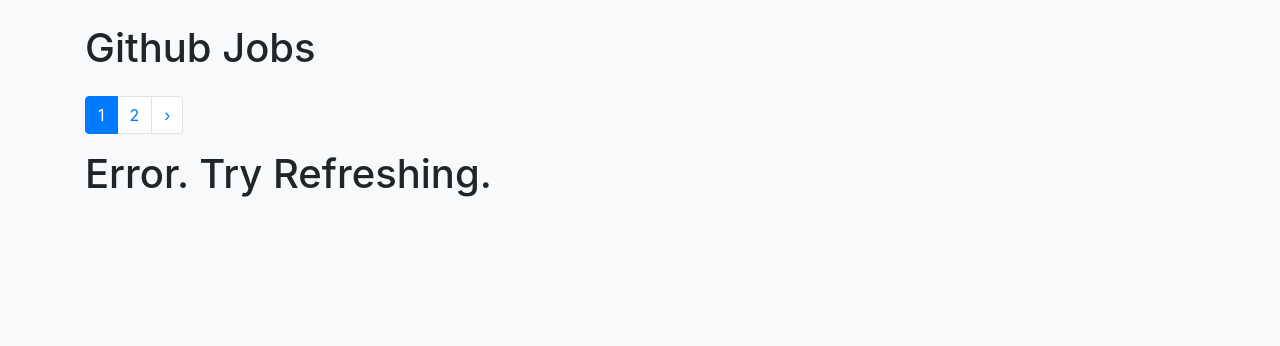
Repository: Nakamurus/github_jobs_react_hooks_typescript
Page: /
An editor plug-in stored every save of this project. The page is shown before and after the next save, followed by the edit.
The browser window is 1280 px wide. The pictures show the whole page.
The page's requests for data from a server got no answer. The project was rebuilt for these pictures with package versions that can differ from the ones it lists, and the page was loaded fresh each time. No one was signed in, and anything a server would have sent is missing. Also part of the build but not shown: src/Job.tsx.

Above is the page before, as saved 2021-02-07 15:10:35.

### public/index.html
<!DOCTYPE html>
<html lang="en">
  <head>
    <meta charset="utf-8" />
    <link rel="icon" href="%PUBLIC_URL%/favicon.ico" />
    <meta name="viewport" content="width=device-width, initial-scale=1" />
    <meta name="theme-color" content="#000000" />
    <meta
      name="description"
      content="Web site created using create-react-app"
    />
    <link rel="apple-touch-icon" href="%PUBLIC_URL%/logo192.png" />
    <!--
      manifest.json provides metadata used when your web app is installed on a
      user's mobile device or desktop. See https://developers.google.com/web/fundamentals/web-app-manifest/
    -->
    <link rel="manifest" href="%PUBLIC_URL%/manifest.json" />
    <!--
      Notice the use of %PUBLIC_URL% in the tags above.
      It will be replaced with the URL of the `public` folder during the build.
      Only files inside the `public` folder can be referenced from the HTML.

      Unlike "/favicon.ico" or "favicon.ico", "%PUBLIC_URL%/favicon.ico" will
      work correctly both with client-side routing and a non-root public URL.
      Learn how to configure a non-root public URL by running `npm run build`.
    -->
    <link
      rel="stylesheet"
      href="https://maxcdn.bootstrapcdn.com/bootstrap/4.5.0/css/bootstrap.min.css"
      integrity="sha384-9aIt2nRpC12Uk9gS9baDl411NQApFmC26EwAOH8WgZl5MYYxFfc+NcPb1dKGj7Sk"
      crossorigin="anonymous"
    />
    <title>React App</title>
  </head>
  <body class="bg-light">
    <noscript>You need to enable JavaScript to run this app.</noscript>
    <div id="root"></div>
    <!--
      This HTML file is a template.
      If you open it directly in the browser, you will see an empty page.

      You can add webfonts, meta tags, or analytics to this file.
      The build step will place the bundled scripts into the <body> tag.

      To begin the development, run `npm start` or `yarn start`.
      To create a production bundle, use `npm run build` or `yarn build`.
    -->
  </body>
</html>

### src/App.tsx
import React, { useState } from 'react';
import useFetchJobs from './useFetchJobs';
import { Container } from 'react-bootstrap'
import Job from './Job'
import JobsPagination from './JobsPagination';
import SearchForm from './SearchForm';

function App() {
  const [params, setParams] = useState({})
  const [page, setPage] = useState(1)
  const {jobs, loading, error} = useFetchJobs(params, page)

  const handlePramChange = (e: React.ChangeEvent<HTMLInputElement>) => {
    const param = e.target.name
    const value = e.target.value
    setPage(1)
    setParams(prevParams => {
      return { ...prevParams, [param]: value}
    })
  }

  return (
    <Container className="my-4">
      <h1 className="mb-4">Github Jobs</h1>
      <SearchForm params={params} onParamChange={handlePramChange} />
      <JobsPagination page={page} setPage={setPage}/>
      {loading && <h1>Loading...</h1>}
      {error && <h1>Error. Try Refreshing.</h1>}
      {jobs.map(job => {
          return <Job key={job.id} job ={job}/>
        })}
    </Container>
  )
}

export default App;

### src/useFetchJobs.tsx
import {useReducer, useEffect } from 'react'
import axios from 'axios';

interface JobsState {
    jobs: any[],
    loading: boolean,
    error: boolean
}

interface Action {
    type: ActionType,
    payload: JobsState,
}

enum ActionType {
    MAKE_REQUEST =  'make-request',
    GET_DATA = 'get-data',
    ERROR = 'error'
}

const BASE_URL = 'https://cors-anywhere.herokuapp.com/https://jobs.github.com/positions.json'

const reducer: React.Reducer<JobsState, Action> = (state: JobsState, action: Action) => {
    switch (action.type) {
        case ActionType.MAKE_REQUEST:
            return { ...state, loading: true, jobs: [] }
        case ActionType.GET_DATA:
            return { ...state, loading: false, jobs: action.payload.jobs }
        case ActionType.ERROR:
            return { ...state, loading: false, error: action.payload.error, jobs: [] }
        default:
            return state
    }
}

export default function useFetchJobs(params: any, page: number) {
    const [state, dispatch] = useReducer(reducer, { jobs: [], loading: true, error: false})

    useEffect(() => {
        const cancelToken = axios.CancelToken.source()
        dispatch({ type: ActionType.MAKE_REQUEST, payload: { ...state } })
        axios.get(BASE_URL, {
            cancelToken: cancelToken.token,
            params: { markdown: true, page: page, ...params }
        }).then(res => {
            dispatch({ type: ActionType.GET_DATA, payload: { ...state, jobs: res.data }})
        }).catch(e => {
            if (axios.isCancel(e)) return
            dispatch({ type: ActionType.ERROR, payload: { ...state, error: e}})
        })

        return () => {
            cancelToken.cancel()
        }
    }, [params, page])
    console.log(state)
    return state
}

### src/JobsPagination.tsx
import React from 'react'
import { Pagination } from 'react-bootstrap'

export default function JobsPagination({ page, setPage }: any) {
    function adjustPage(amount:number) {
        setPage((prevPage: number) => prevPage + amount)
    }
    return (
        <Pagination>
            { page > 2 && <Pagination.Prev onClick={() => adjustPage(-1)}/>}
            { page !== 1 && <Pagination.Item  onClick={() => setPage(1)}>1</Pagination.Item>}
            { page > 2 && < Pagination.Ellipsis  />}
            { page !== 1 && <Pagination.Item  onClick={() => adjustPage(-1)}> { page - 1}</Pagination.Item>}
            <Pagination.Item active> { page }</Pagination.Item>
            <Pagination.Item  onClick={() => adjustPage(1)}> { page + 1}</Pagination.Item>
            <Pagination.Next  onClick={() => adjustPage(1)} />
        </Pagination>
    )
}

### src/SearchForm.tsx
import React from 'react'

export default function SearchForm({ parans, onParamChange}: any) {
    return (
        <div>

        </div>
    )
}

Loaded but not shown: src/index.tsx (common file); src/index.css (common file); src/reportWebVitals.ts (common file)

After the next save:
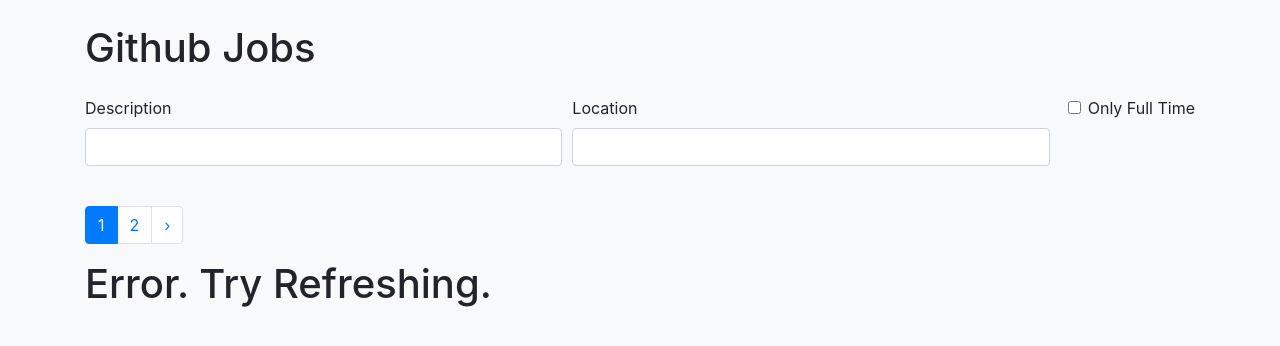
Saved 5 min 6 s later.
--- a/src/SearchForm.tsx
+++ b/src/SearchForm.tsx
@@ -1,9 +1,22 @@
 import React from 'react'
+import { Form, Col } from 'react-bootstrap'
 
-export default function SearchForm({ parans, onParamChange}: any) {
+export default function SearchForm({ params, onParamChange}: any) {
     return (
-        <div>
-
-        </div>
+        <Form className="mb-4">
+            <Form.Row>
+                <Form.Group as={Col}>
+                    <Form.Label>Description</Form.Label>
+                    <Form.Control onChange={onParamChange} value={params.description} name="description" type="text" />
+                </Form.Group>
+                <Form.Group as={Col}>
+                    <Form.Label>Location</Form.Label>
+                    <Form.Control onChange={onParamChange} value={params.description} name="location" type="text" />
+                </Form.Group>
+                <Form.Group as={Col} xs="auto" className="ml-2">
+                    <Form.Check onChange={onParamChange} value={params.full_time} name="full_time" id="full-time" label="Only Full Time" type="checkbox" className="mb-2" />
+                </Form.Group>
+            </Form.Row>
+        </Form>
     )
 }
